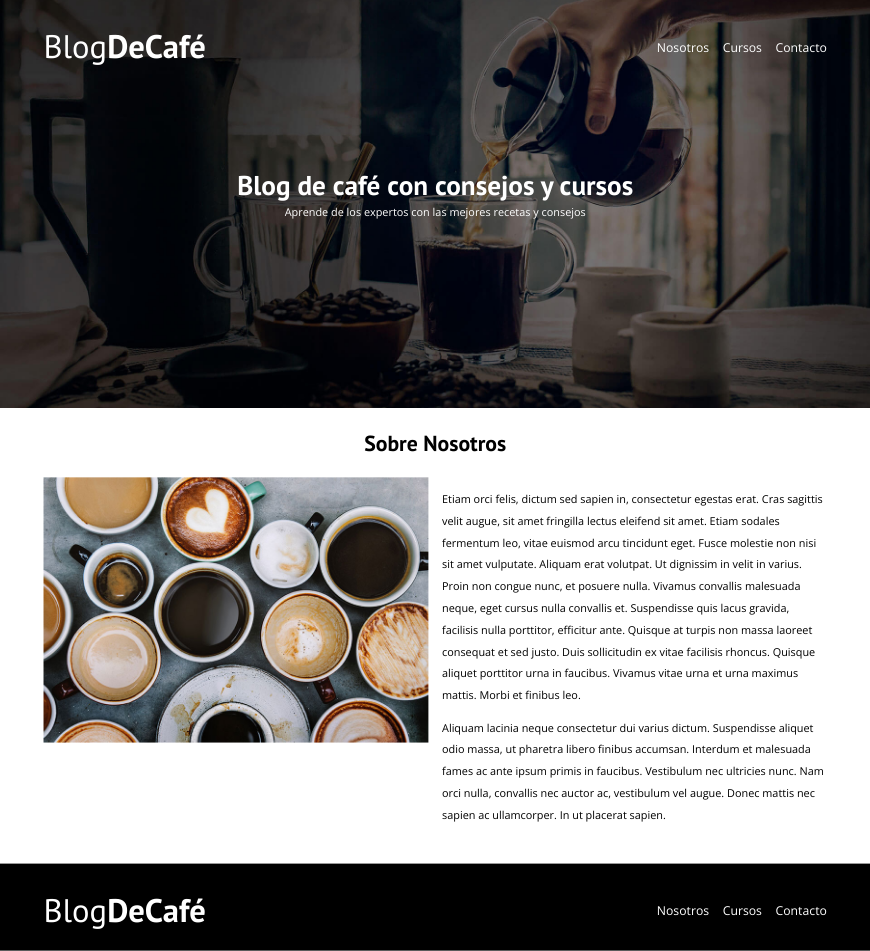
Repository: araque1990/blog_de_cafe
Page: entrada.html
The author's editor kept a copy of each file at every save. The page is drawn from the files as they stood at one save, then again after the next save.
The browser window is 1280 px wide. The pictures show the whole page, at 68% of full size.

Above is the page before, as saved 2023-01-12 18:45:42.

After the next save:
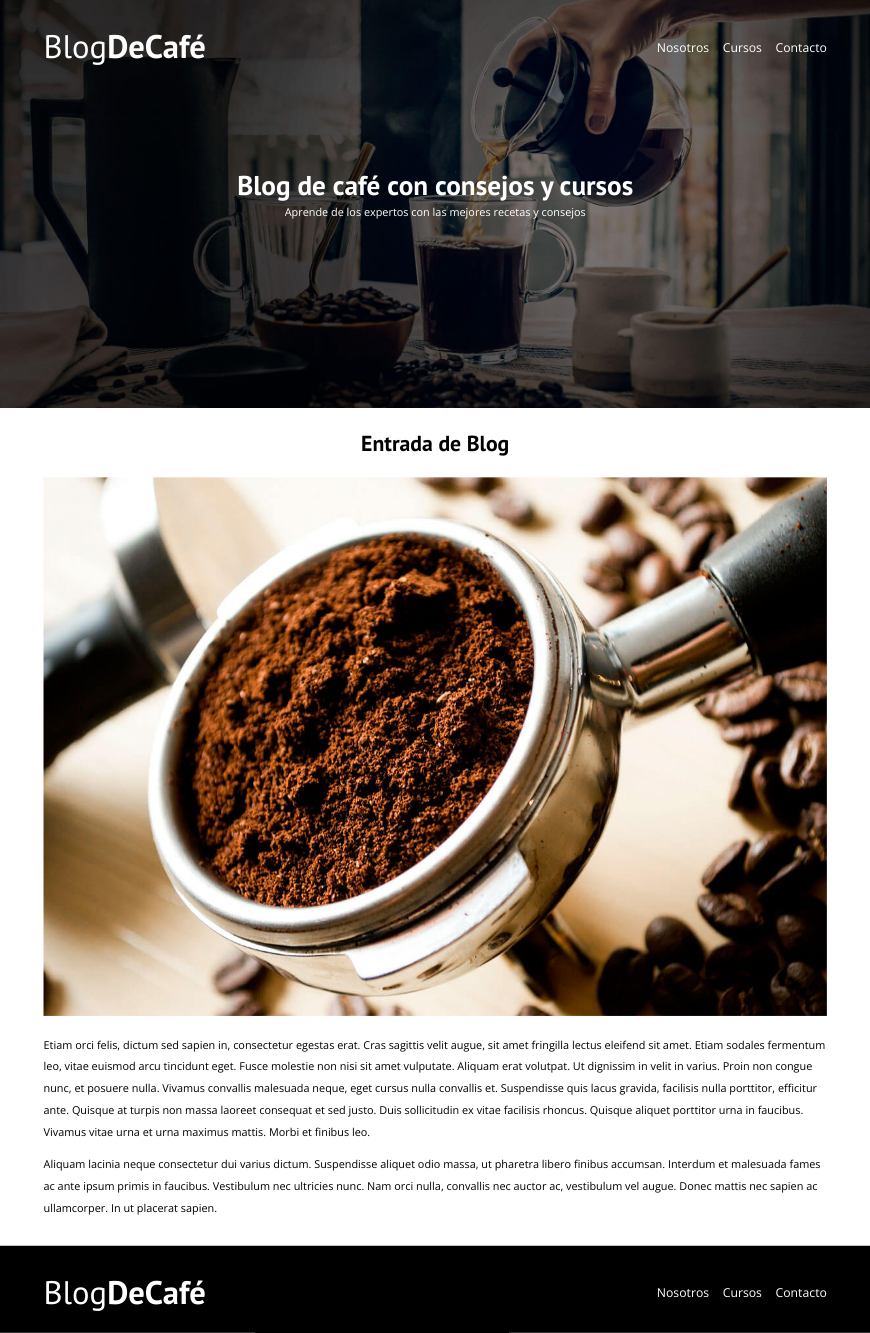
Saved 110 s later.
--- a/entrada.html
+++ b/entrada.html
@@ -32,14 +32,14 @@
   </header>
 
   <main class="contenedor">
-    <h3 class="centrar-texto">Sobre Nosotros</h3>
+    <h3 class="centrar-texto">Entrada de Blog</h3>
 
-    <div class="sobre-nosotros">
-      <div class="sobre-nosotros__imagen">
-        <img src="img/nosotros.jpg" alt="imagen nosotros">
+    <div class="entrada">
+      <div class="entrada__imagen">
+        <img src="img/blog1.jpg" alt="imagen entrada">
       </div>
 
-      <div class="sobre-nosotros__texto">
+      <div class="entrada__texto">
         <p> Etiam orci felis, dictum sed sapien in, consectetur egestas erat. Cras sagittis velit augue, sit amet fringilla lectus eleifend sit amet. Etiam sodales fermentum leo, vitae euismod arcu tincidunt eget. Fusce molestie non nisi sit amet vulputate. Aliquam erat volutpat. Ut dignissim in velit in varius. Proin non congue nunc, et posuere nulla. Vivamus convallis malesuada neque, eget cursus nulla convallis et. Suspendisse quis lacus gravida, facilisis nulla porttitor, efficitur ante. Quisque at turpis non massa laoreet consequat et sed justo. Duis sollicitudin ex vitae facilisis rhoncus. Quisque aliquet porttitor urna in faucibus. Vivamus vitae urna et urna maximus mattis. Morbi et finibus leo.</p>
 
         <p>Aliquam lacinia neque consectetur dui varius dictum. Suspendisse aliquet odio massa, ut pharetra libero finibus accumsan. Interdum et malesuada fames ac ante ipsum primis in faucibus. Vestibulum nec ultricies nunc. Nam orci nulla, convallis nec auctor ac, vestibulum vel augue. Donec mattis nec sapien ac ullamcorper. In ut placerat sapien.</p>
